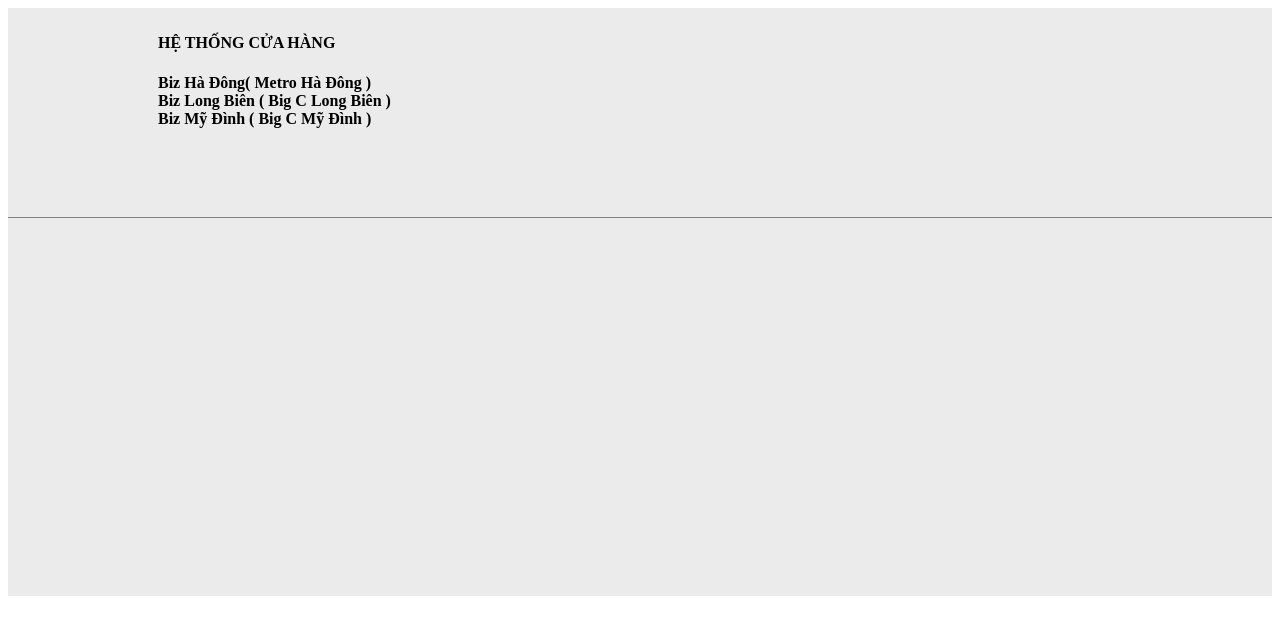
Repository: LongNguyen2504/T3H-FrondEnd
Page: lesson4_css_homework1.html
The author's editor kept a copy of each file at every save. The page is drawn from the files as they stood at one save, then again after the next save.
The browser window is 1280 px wide. The pictures show the whole page.

Above is the page before, as saved 2021-12-04 20:28:58.

### lesson4_css_homework1.html
<!DOCTYPE html>
<html lang="en">
<head>
    <meta charset="UTF-8">
    <meta http-equiv="X-UA-Compatible" content="IE=edge">
    <meta name="viewport" content="width=device-width, initial-scale=1.0">
    <title>Document</title>
    <link rel="stylesheet" href="lesson4_css_homework1.css">
</head>
<body>
    <div class="top-div ancestor-div">
        <div class="row-div">
            <h4>HỆ THỐNG CỬA HÀNG</h4>
            <div class="row1-box-container">
                <div class="box1">
                    <strong>Biz Hà Đông( Metro Hà Đông )</strong>
                </div>
                <div class="box2">
                    <strong>Biz Long Biên ( Big C Long Biên )</strong>
                </div>
                <div class="box3">
                    <strong>Biz Mỹ Đình ( Big C Mỹ Đình )</strong>
                </div>
            </div>
        </div>
    </div>
    <div class="footer-div ancestor-div"></div>
</body>
</html>

### lesson4_css_homework1.css
*{
    box-sizing: border-box;
}
.ancestor-div{
    background-color: #ebebeb;
    justify-content: center;
    font-family: 'Times New Roman', Times, serif;

}
.top-div{
    width: 100%;
    height: 210px;
    border-bottom: 1px solid gray;
    position: relative;

}
.footer-div{
    width: 100%;
    height: 378px;
}
.row-div{
    width: 70%;
    height: 200px;
    position: absolute;
    top: 5px;
    left: 150px;
}

After the next save:
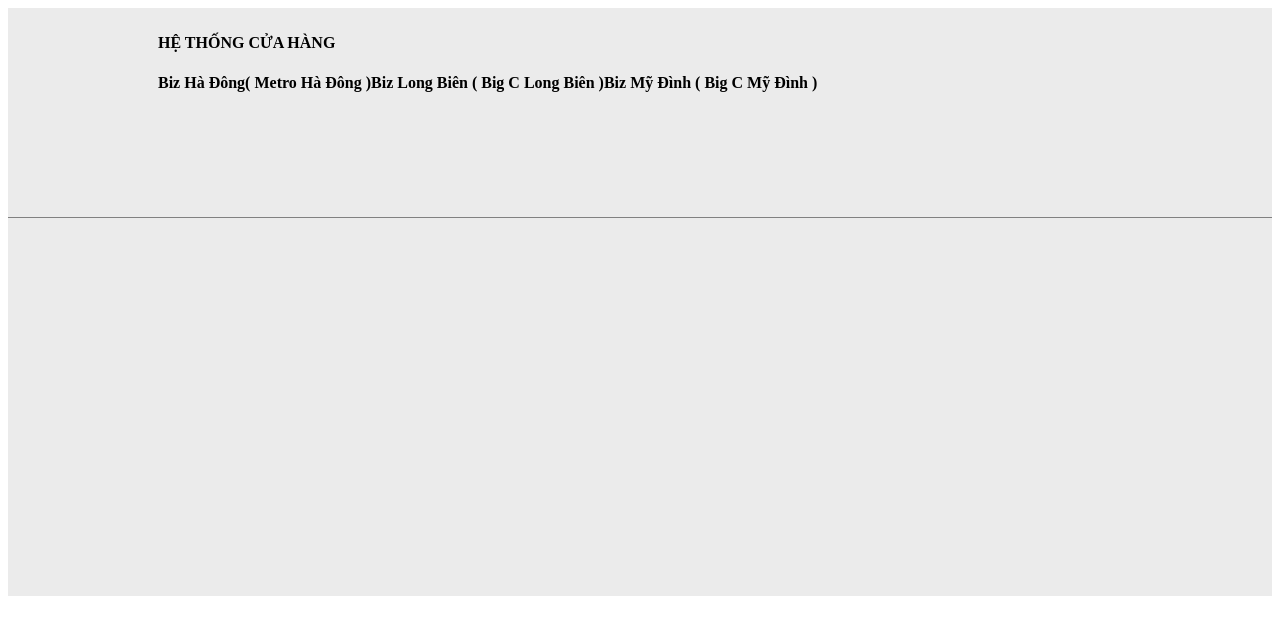
Saved 1 s later.
--- a/lesson4_css_homework1.css
+++ b/lesson4_css_homework1.css
@@ -25,3 +25,6 @@
     top: 5px;
     left: 150px;
 }
+.row1-box-container{
+    display: flex;
+}
